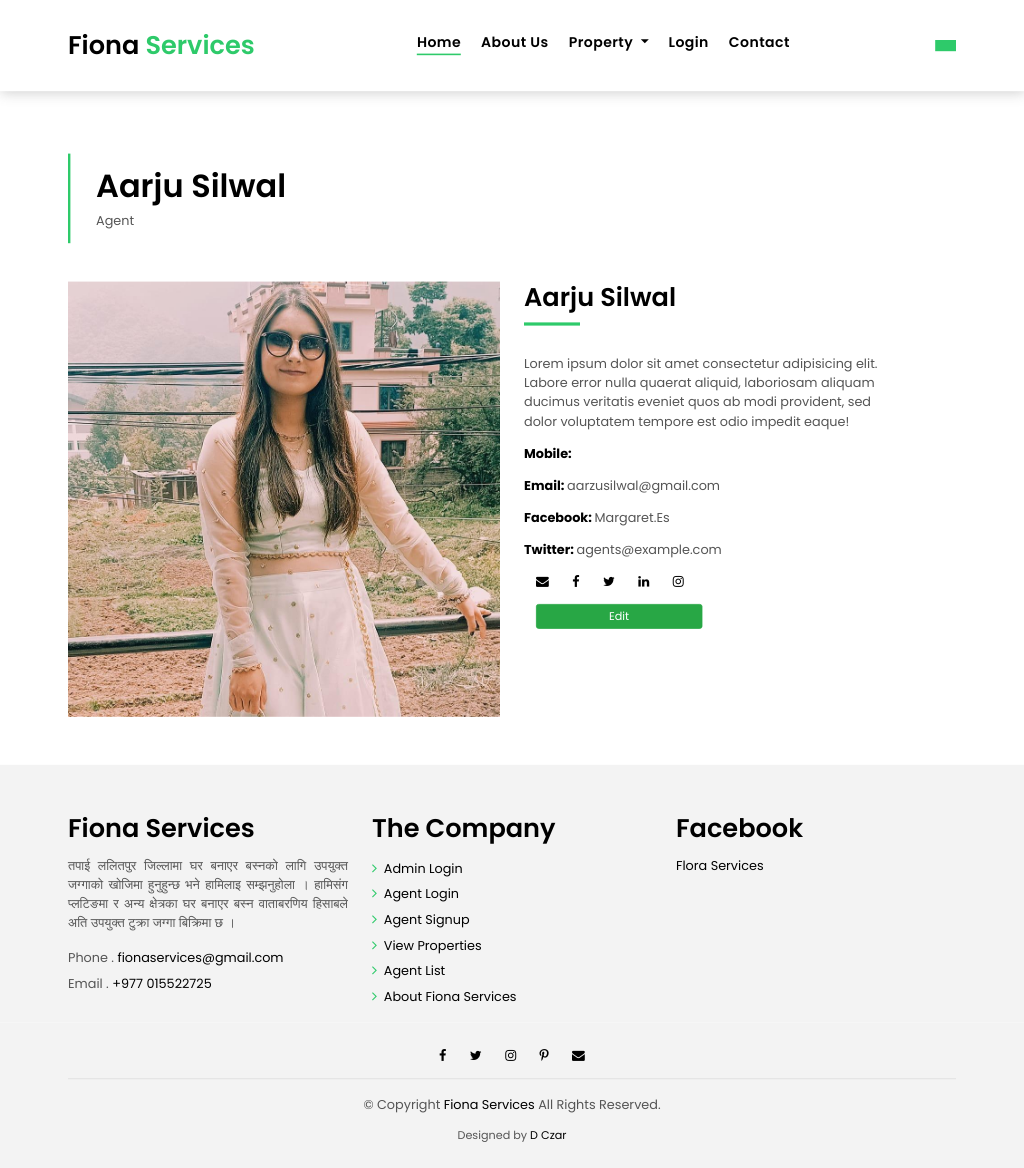
Repository: Sjuicyy/realstate
Page: profile.html
An editor plug-in stored every save of this project. The page is shown before and after the next save, followed by the edit.
The browser window is 1280 px wide. The pictures show the whole page, at 80% of full size.

Above is the page before, as saved 2022-10-16 14:52:06.

After the next save:
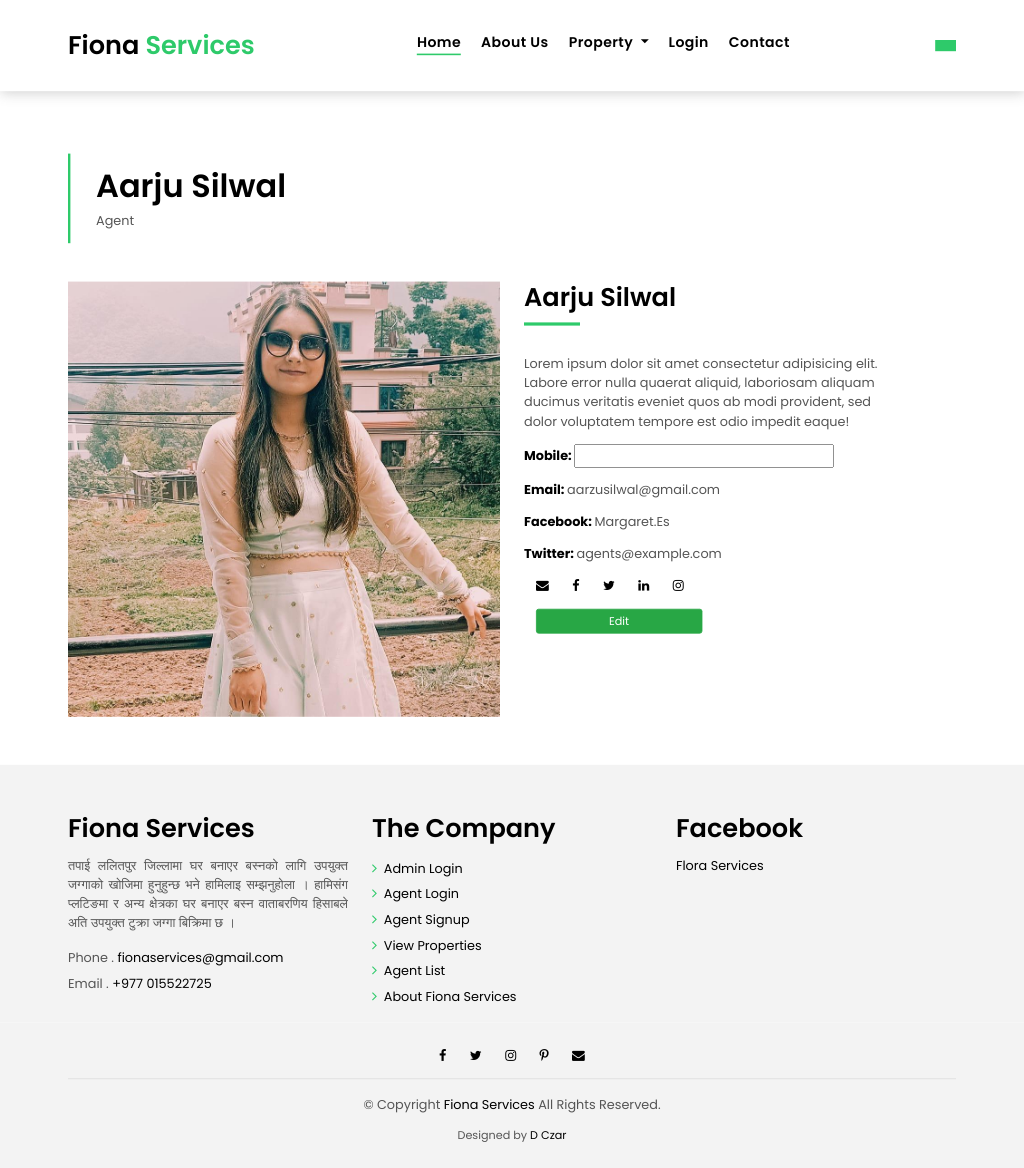
Saved 6 s later.
--- a/profile.html
+++ b/profile.html
@@ -222,7 +222,7 @@
                                     </p>
                                     <div class="info-agents color-a">
                                         <strong>Mobile: </strong>
-                                        <span class="color-text-a"></span>
+                                        <input type="text">
                                         </p>
                                         <p>
                                             <strong>Email: </strong>
